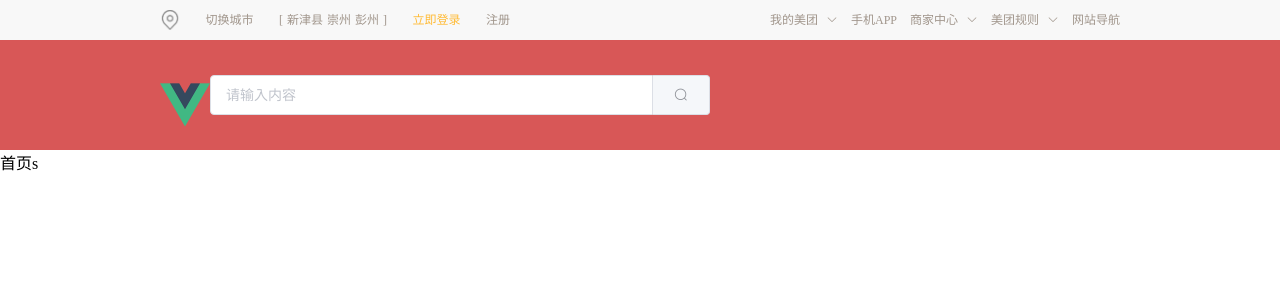
Repository: Wu-Tong-Xian/EasyMeituan
Page: /
The author's editor kept a copy of each file at every save. The page is drawn from the files as they stood at one save, then again after a run of saves.
The browser window is 1280 px wide. The pictures show the whole page.
The page's requests for data from a server got no answer. The project was rebuilt for these pictures with package versions that can differ from the ones it lists, and the page was loaded fresh each time. No one was signed in, and anything a server would have sent is missing. Also part of the build but not shown: vue.config.js.

Above is the page before, as saved 2020-08-20 17:49:09.

After the next 2 saves:
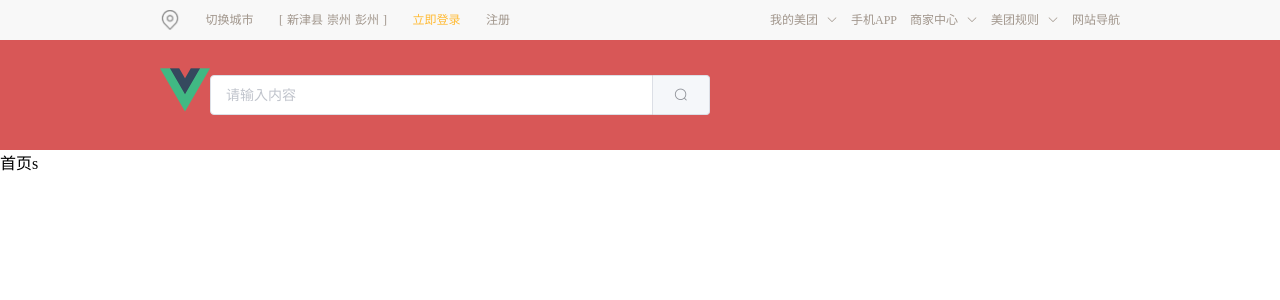
The 2 saves are shown as one change because they came seconds apart.
The last was saved 8 s later.
--- a/src/views/layout/layout.vue
+++ b/src/views/layout/layout.vue
@@ -273,7 +273,7 @@
 line-height: 110px;
 }
 .logo {
-  margin-top: 40px;
+  margin-top: 25px;
   height: 50px;
 }
 .input-box {
